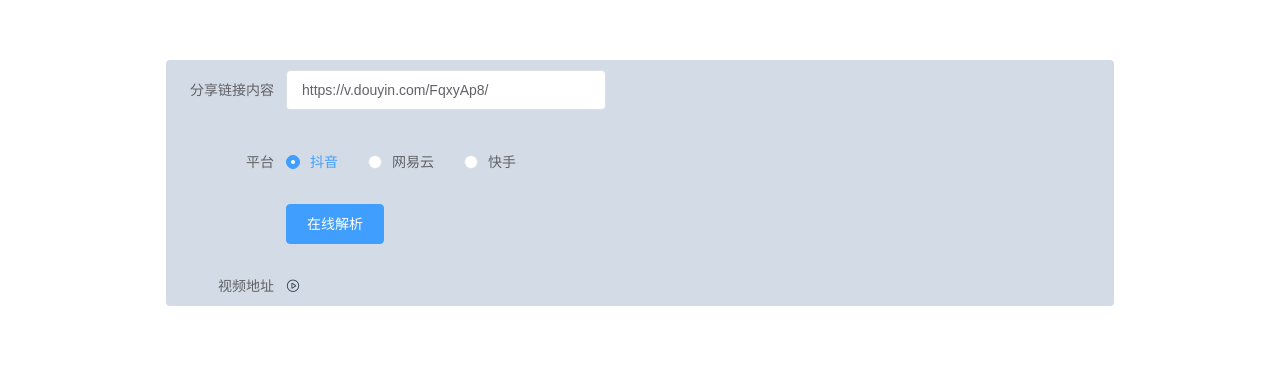
Repository: lyln/freepd
Page: / (app in frontend/freepd/)
The author's editor kept a copy of each file at every save. The page is drawn from the files as they stood at one save, then again after the next save.
The browser window is 1280 px wide. The pictures show the whole page.
The project was rebuilt for these pictures with package versions that can differ from the ones it lists, and the page was loaded fresh each time.

Above is the page before, as saved 2022-05-26 09:30:24.

After the next save:
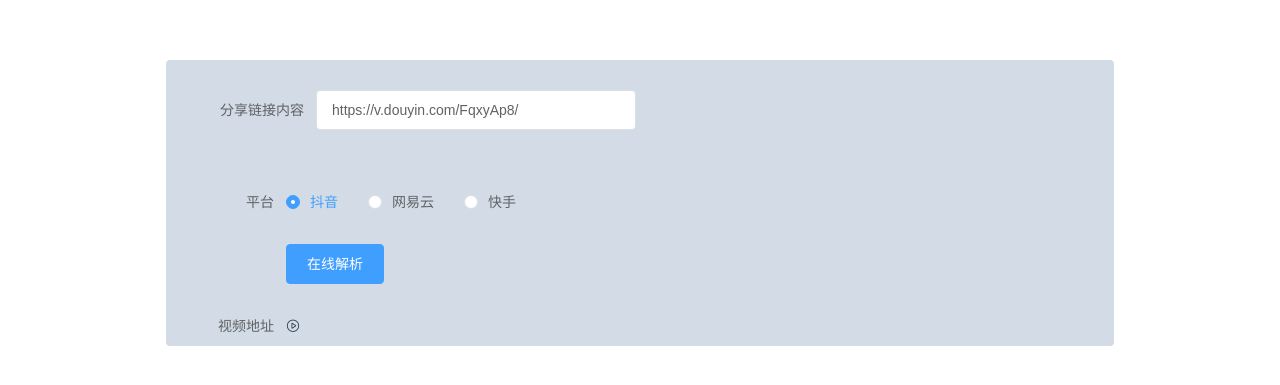
Saved 2 min 17 s later.
--- a/frontend/freepd/src/components/HelloWorld.vue
+++ b/frontend/freepd/src/components/HelloWorld.vue
@@ -3,7 +3,7 @@
 		<el-col :span="18">
 			<div class="grid-content bg-purple">
 				<el-form ref="form" :model="form" label-width="120px" class="fpd-form">
-					<el-form-item label="分享链接内容" style="padding: 10px 0;">
+					<el-form-item label="分享链接内容" style="padding: 30px;">
 						<el-input v-model="form.url"></el-input>
 					</el-form-item>
 					<el-form-item label="平台" label-width="120px">
